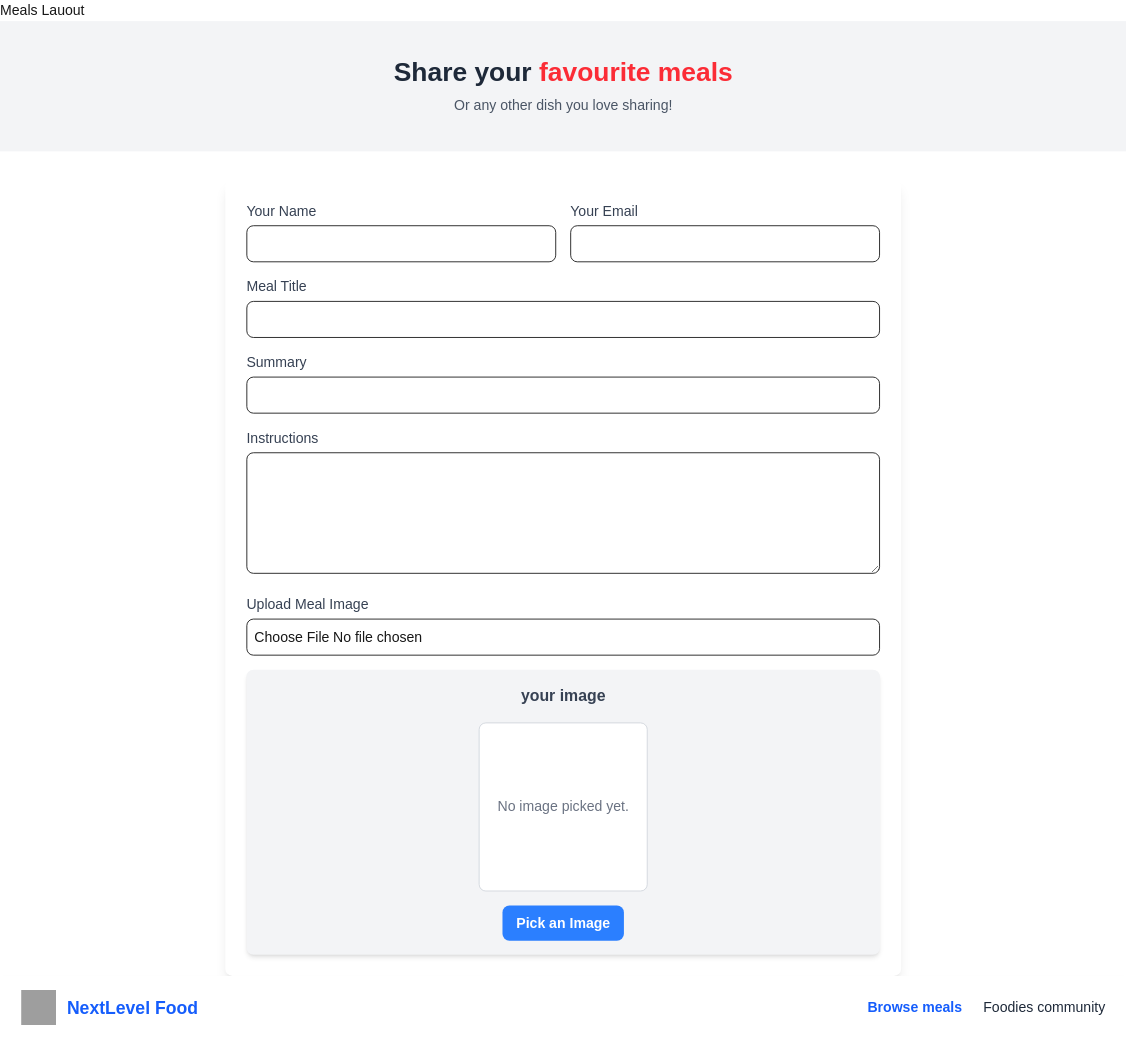
Repository: ananya2420/my-next-app
Page: /meals/share
The author's editor kept a copy of each file at every save. The page is drawn from the files as they stood at one save, then again after a run of saves.
The browser window is 1280 px wide. The pictures show the whole page, at 88% of full size.
Pictures or frames that could not be fetched are drawn as grey boxes. The project was rebuilt for these pictures with package versions that can differ from the ones it lists, and the page was loaded fresh each time. The framework's server and built-in components were replaced by stand-ins that run in the browser. Also part of the build but not shown: next.config.mjs.

Above is the page before, as saved 2025-03-30 10:08:44.

After the next 5 saves:
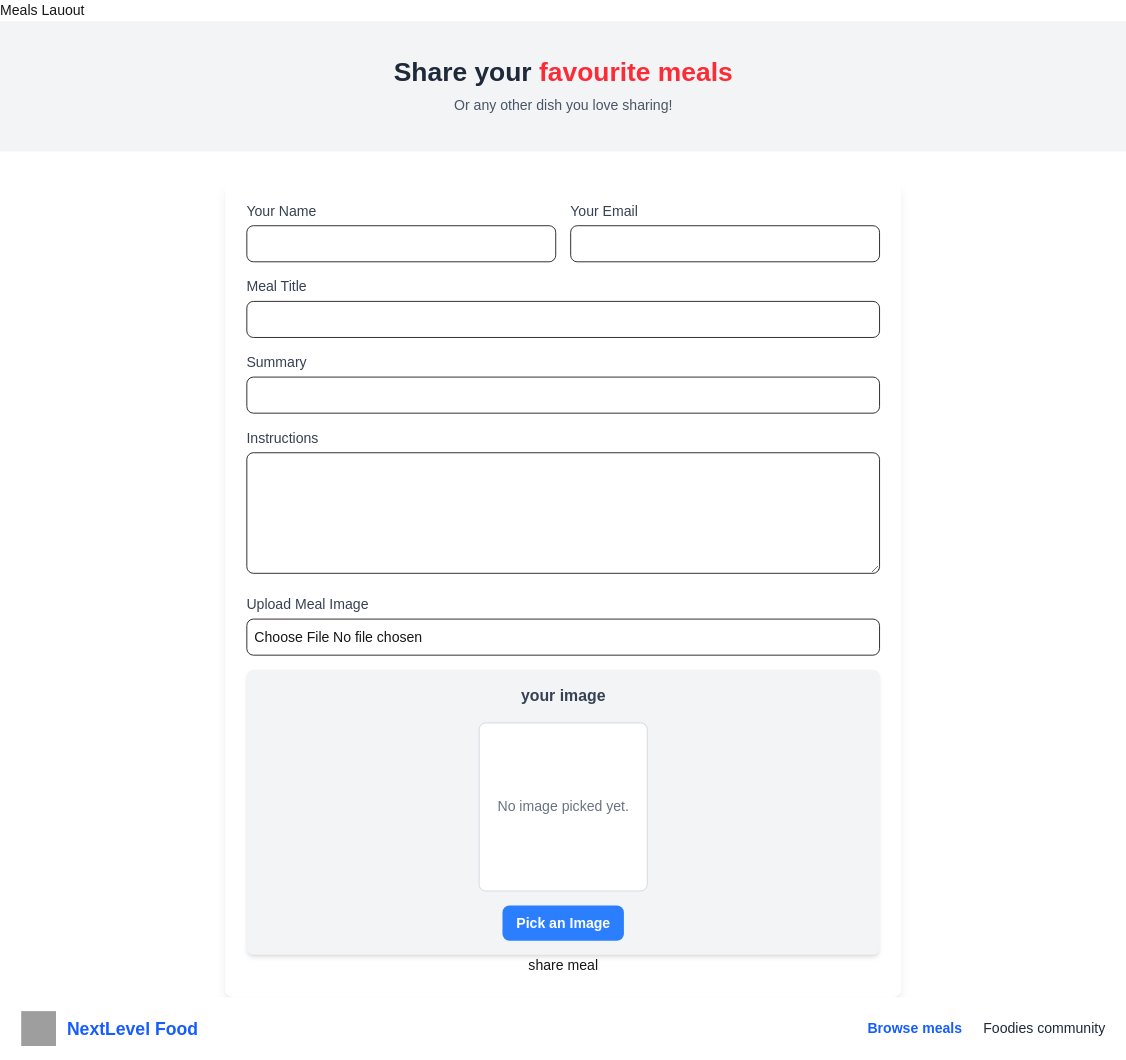
The 5 saves are shown as one change because they came seconds apart.
The last was saved 69 s later.
--- a/src/app/meals/share/page.js
+++ b/src/app/meals/share/page.js
@@ -3,6 +3,7 @@
 import { shareMeal } from "@/app/lib/actions";
 import ImagePicker from "../image-picker";
 import { useFormStatus } from "react-dom";
+import MealsFormSubmit from "../meals-form-submit";
 
 export default function ShareMealPage() {
   const status = useFormStatus();
@@ -100,7 +101,7 @@ export default function ShareMealPage() {
 
           <div className="text-center">
             <ImagePicker label="your image" name="image" />
-
+            <MealsFormSubmit />
           </div>
         </form>
       </main>
